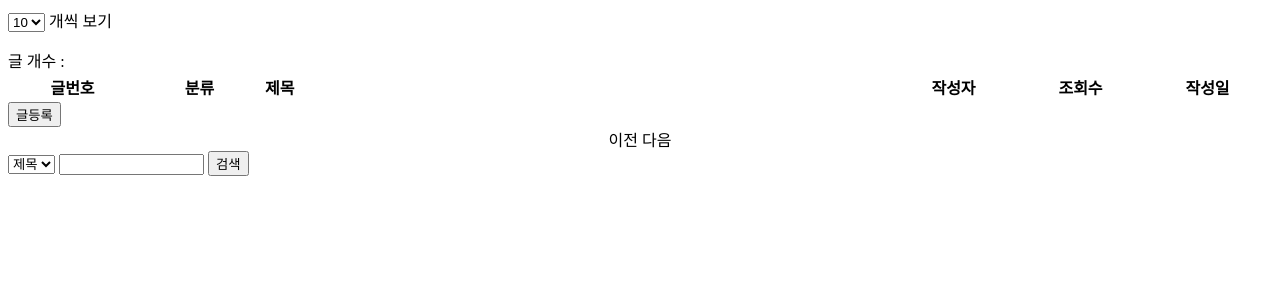
Repository: ekgus419/hckj
Page: http://localhost/Railro/WEB-INF/views/freeBoard/freeBoardList.jsp
The author's editor kept a copy of each file at every save. The page is drawn from the files as they stood at one save, then again after the next save.
The browser window is 1280 px wide. The pictures show the whole page.
The page is served by Tomcat 9. Nobody is signed in. Other server files are loaded and not shown. The template is opened directly, without the code that normally fills it, so the values that code supplies are empty.

Above is the page before, as saved 2016-08-29 07:43:06.

### Railro/src/main/webapp/WEB-INF/views/freeBoard/freeBoardList.jsp
<%@ page language="java" pageEncoding="UTF-8" trimDirectiveWhitespaces="true"%>
<%@ taglib prefix="c" uri="http://java.sun.com/jsp/jstl/core" %>

<div class="content">
	<div class="setting">
		<div class="limit-setting">
			<form action="" method="get">
				<select name="limit" onchange="limit_submit()">
					<option value="5">5</option>
					<option value="10" selected="selected">10</option>
					<option value="15">15</option>
					<option value="20">20</option>
				</select>
				개씩 보기
			</form>
		</div>
		<span>글 개수 : <b>${listCount}</b></span>
	</div>
	<table width="100%">
	  <tr>
	    <th width="10%">글번호</th>
	    <th width="10%">분류</th>
	    <th width="50%" style="text-align: left">제목</th>
	    <th width="10%">작성자</th>
	    <th width="10%">조회수</th>
	    <th width="10%">작성일</th>
	  </tr>

	 <c:forEach var="freeBoard" items="${freeBoardList}">
	  <tr>
	  	<td> ${freeBoard.ID}</td>
	  	<td>${freeBoard.SUBJECT}</td>
	  	<td style="text-align: left"><a href="freeBoardDetail.htm?ID=${freeBoard.ID}">${freeBoard.TITLE}></a></td>
	  	<td>${freeBoard.WRITER}</td>
	  	<td>${freeBoard.HIT}</td>
	  	<td>${freeBoard.REGDATE}</td>
	  </tr>
	  </c:forEach>
	</table>

	<div class="button1">
		<button class="button" onclick="location.href='freeBoardReg.htm'">글등록</button>
	</div>
	<div class="paging" align="center">
	이전&nbsp;다음
	</div>

      <!-- 검색입력 폼 -->
	<form method= post action="">
		<div class="search">
		  	<select name="src_name">
		        <option value="name">이름 </option>
		        <option value="subject" selected>제목 </option>
				<option value="memo">내용 </option>
		    </select>
		  	<input type="text" name="src_value" size="15"/>
			<input type="submit" value="검색"/>
		</div>
	 </form>
</div>

After the next save:
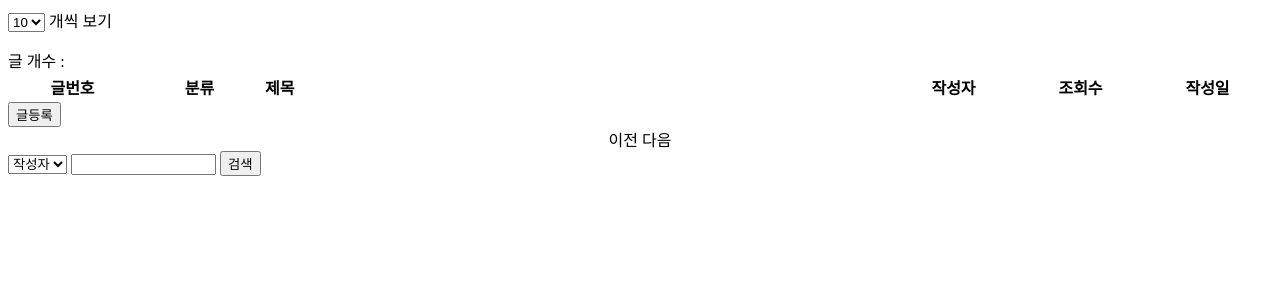
Saved 5 min 24 s later.
--- a/Railro/src/main/webapp/WEB-INF/views/freeBoard/freeBoardList.jsp
+++ b/Railro/src/main/webapp/WEB-INF/views/freeBoard/freeBoardList.jsp
@@ -46,12 +46,13 @@
 	</div>
 
       <!-- 검색입력 폼 -->
-	<form method= post action="">
+	<form method= post action="freeBoardSearchList.htm">
 		<div class="search">
 		  	<select name="src_name">
-		        <option value="name">이름 </option>
-		        <option value="subject" selected>제목 </option>
-				<option value="memo">내용 </option>
+		        <option value="WRITER">작성자 </option>
+		        <option value="TITLE">제목 </option>
+				<option value="CONTENTS">내용 </option>
+				<option value="SUBJECT">분류 </option>
 		    </select>
 		  	<input type="text" name="src_value" size="15"/>
 			<input type="submit" value="검색"/>
